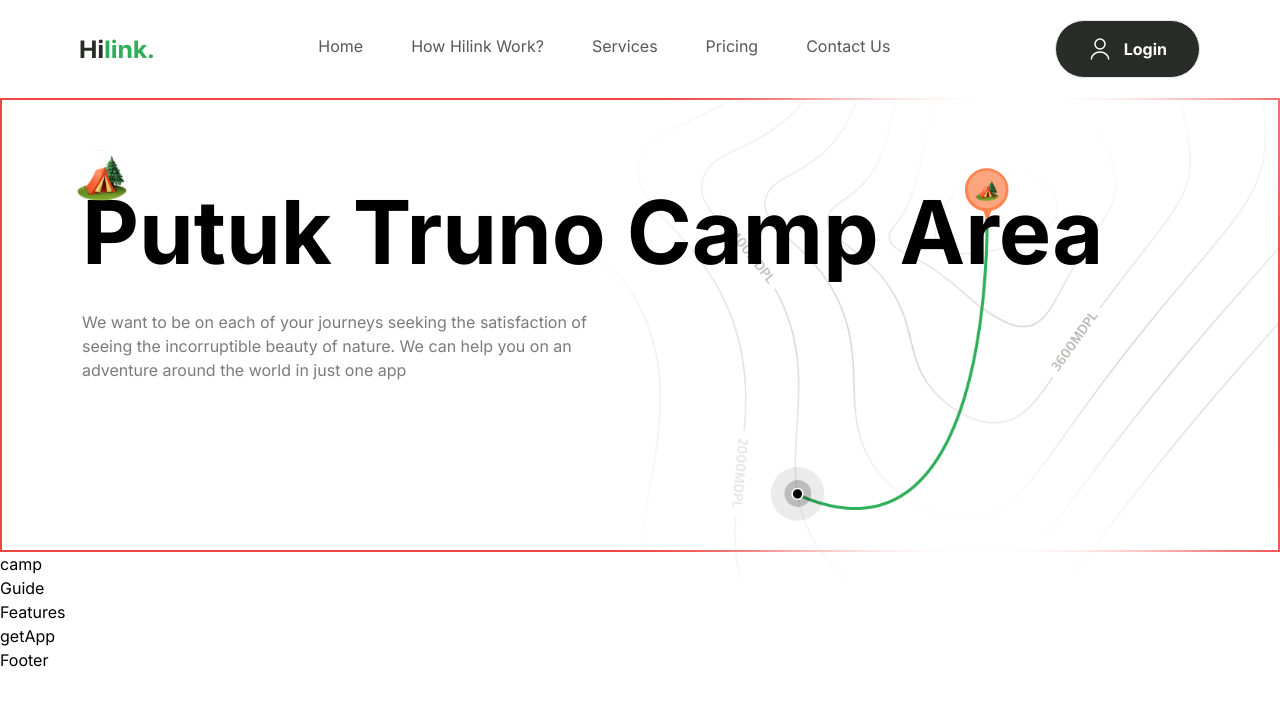
Repository: tarun4141/travel-app
Page: /
An editor plug-in stored every save of this project. The page is shown before and after a run of saves, followed by the edit.
The browser window is 1280 px wide. The pictures show the whole page.
The project was rebuilt for these pictures with package versions that can differ from the ones it lists, and the page was loaded fresh each time. The framework's server and built-in components were replaced by stand-ins that run in the browser. Also part of the build but not shown: next.config.mjs.

Above is the page before, as saved 2024-06-23 02:59:41.

### app/layout.tsx
import type { Metadata } from "next";

import "./globals.css";
import Navbar from "@/components/Navbar";
import Footer from "@/components/Footer";



export const metadata: Metadata = {
  title: "Travel App",
  description: "Travel next app",
};

export default function RootLayout({
  children,
}: Readonly<{
  children: React.ReactNode;
}>) {
  return (
    <html lang="en">

      <body >

      <Navbar/>
      <main className="relative overflow-hidden">
      {children}

      </main>

      <Footer/>
      </body>
    </html>
  );
}

### app/page.tsx
import Camp from "@/components/Camp";
import Features from "@/components/Features";
import GetApp from "@/components/GetApp";
import Guide from "@/components/Guide";
import Hero from "@/components/Hero";


export default function Home() {
  return (
  <>
  <Hero/>
  <Camp/>
  <Guide/>
  <Features/>
  <GetApp/>

  </>
  );
}

### components/Navbar.tsx
import { NAV_LINKS } from '@/constants'
import Image from 'next/image'
import Link from 'next/link'
import React from 'react'
import Button from './Button'

const Navbar = () => {
  return (
   <nav className='
  flexBetween max-container
  padding-container
  relative z-30 py-5 '>
   <Link href="/">
   <Image src="/hilink-logo.svg"
   alt='logo'
   width={74}
   height={29}
   />


   </Link>
   <ul className='hidden h-full gap-12 lg:flex'>

   {NAV_LINKS.map((link)=>(
      <Link href={link.href} key={link.key}
      className='regular-16 text-gray-50 flexCenter cursor-pointer pb-1.5 transition-all hover:font-bold '>
      {link.label}
      </Link>
   ))}


 </ul>

<div className='lg:flexCenter hidden'>
   <Button
   type="button"
   title="Login"
   icon="/user.svg"
   variant="btn_dark_green"
   />
</div>
<Image
src="menu.svg"
alt='menu'
width={32}
height={32}
className='inline-block cursor-pointer lg:hidden'

/>



   </nav>
  )
}

export default Navbar

### components/Camp.tsx
import React from 'react'

const Camp = () => {
  return (
    <div>
      camp
    </div>
  )
}

export default Camp

### components/Features.tsx
import React from 'react'

const Features = () => {
  return (
    <div>
      Features
    </div>
  )
}

export default Features

### components/GetApp.tsx
import React from 'react'

const GetApp = () => {
  return (
    <div>
      getApp
    </div>
  )
}

export default GetApp

### components/Guide.tsx
import React from 'react'

const Guide = () => {
  return (
    <div>
      Guide
    </div>
  )
}

export default Guide

### components/Hero.tsx
import Image from 'next/image'
import React from 'react'

const Hero = () => {
  return (
    <section className='max-container padding-container flex flex-col
    gap-20 py-10 pb-32 md:gap-28 lg:py-20 xl:flex-row border-2
     border-red-500'>

        <div className='hero-map'></div>

        <div className='relative z-20 flex flex-1 flex-col xl:w-1/2' >
        <Image
        src="/camp.svg"
        alt='camp'
        width={50}
        height={50}
        className='absolute left-[-5px] top-[-30px] w-10 lg:w-[50px]'
        />
        <h1 className='bold-52 lg:bold-88'>Putuk Truno Camp Area</h1>
        <p className="regular-16 mt-6 text-gray-30 xl:max-w-[520px]">
          We want to be on each of your journeys seeking the satisfaction of seeing the incorruptible beauty of nature. We can help you on an adventure around the world in just one app
        </p>
        <div className='my-11 flex fle-wrap gap-5'>
            <div className='flex items-center gap-2'>
                {
                    Array(5).fill(1,5).map((_,index)=>(
                        <Image
                        src="/star.svg"
                        alt='star'
                        key={index}
                        width={24}
                        height={24}
                        />
                    ))
                }



            </div>


        </div>





        </div>



    </section>
  )
}

export default Hero

### constants/index.ts
//NAVIGATION
export const NAV_LINKS = [
    { href: '/', key: 'home', label: 'Home' },
    { href: '/', key: 'how_hilink_work', label: 'How Hilink Work?' },
    { href: '/', key: 'services', label: 'Services' },
    { href: '/', key: 'pricing ', label: 'Pricing ' },
    { href: '/', key: 'contact_us', label: 'Contact Us' },
  ];

  // CAMP SECTION
  export const PEOPLE_URL = [
    '/person-1.png',
    '/person-2.png',
    '/person-3.png',
    '/person-4.png',
  ];

  // FEATURES SECTION
  export const FEATURES = [
    {
      title: 'Real maps can be offline',
      icon: '/map.svg',
      variant: 'green',
      description:
        'We provide a solution for you to be able to use our application when climbing, yes offline maps you can use at any time there is no signal at the location',
    },
    {
      title: 'Set an adventure schedule',
      icon: '/calendar.svg',
      variant: 'green',
      description:
        "Schedule an adventure with friends. On holidays, there are many interesting offers from Hilink. That way, there's no more discussion",
    },
    {
      title: 'Technology using augment reality',
      icon: '/tech.svg',
      variant: 'green',
      description:
        'Technology uses augmented reality as a guide to your hiking trail in the forest to the top of the mountain. Already supported by the latest technology without an internet connection',
    },
    {
      title: 'Many new locations every month',
      icon: '/location.svg',
      variant: 'orange',
      description:
        'Lots of new locations every month, because we have a worldwide community of climbers who share their best experiences with climbing',
    },
  ];

  // FOOTER SECTION
  export const FOOTER_LINKS = [
    {
      title: 'Learn More',
      links: [
        'About Hilink',
        'Press Releases',
        'Environment',
        'Jobs',
        'Privacy Policy',
        'Contact Us',
      ],
    },
    {
      title: 'Our Community',
      links: ['Climbing xixixi', 'Hiking hilink', 'Hilink kinthill'],
    },
  ];

  export const FOOTER_CONTACT_INFO = {
    title: 'Contact Us',
    links: [
      { label: 'Admin Officer', value: '123-456-7890' },
      { label: 'Email Officer', value: 'hilink@akinthil.com' },
    ],
  };

  export const SOCIALS = {
    title: 'Social',
    links: [
      '/facebook.svg',
      '/instagram.svg',
      '/twitter.svg',
      '/youtube.svg',
      '/wordpress.svg',
    ],
  };

### components/Button.tsx
import Image from "next/image";


type ButtonProps ={
  type: "button"|"submit";
  title:string;
  icon?:string;
  variant:'btn_dark_green'
}

const Button = ({type,title,icon,variant}:ButtonProps) => {
  return (
    <button
    className={`flexCenter gap-3 rounded-full border ${variant}`}

    type={type}>

        {icon && <Image src={icon} alt={title} width={24} height={24} />}
   <label className="bold-16 whitespace-nowrap">{title}</label>

    </button>

  )
}

export default Button

Loaded but not shown: app/globals.css (common file); components/Footer.tsx (common file); tailwind.config.ts (common file)

After the next 2 saves:
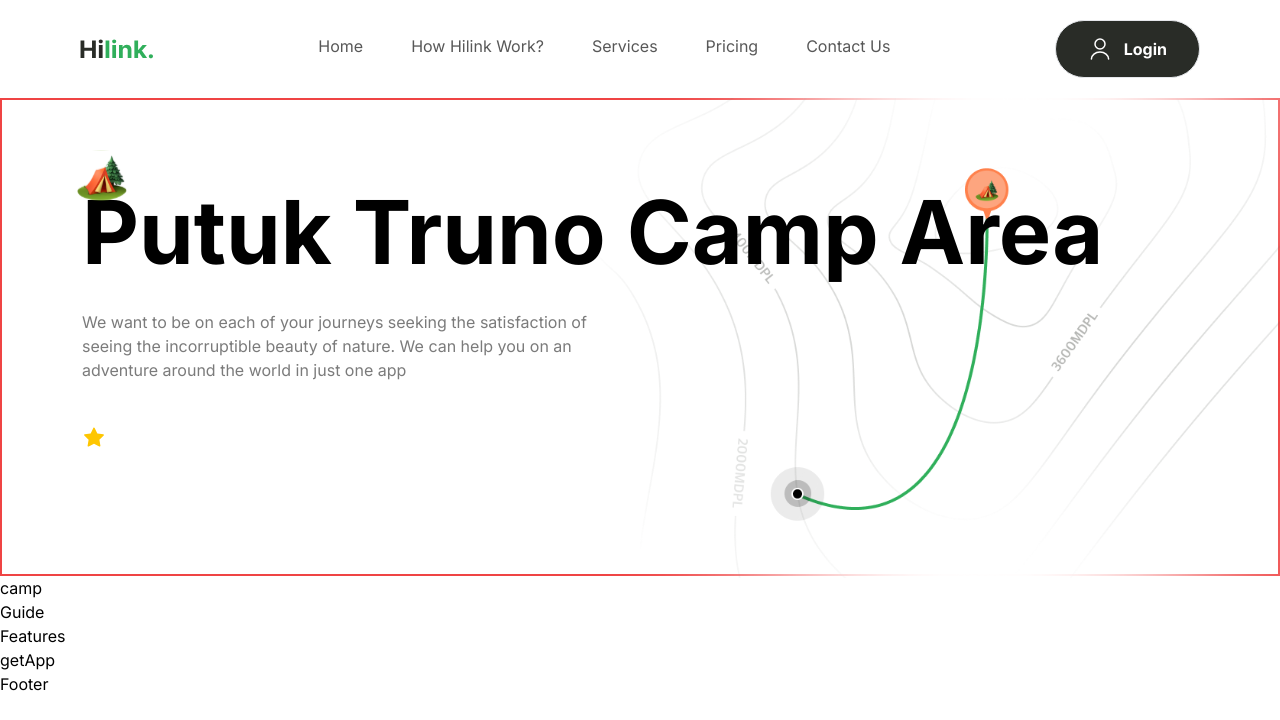
The 2 saves are shown as one change because they came seconds apart.
The last was saved 6 s later.
--- a/components/Hero.tsx
+++ b/components/Hero.tsx
@@ -24,7 +24,7 @@
         <div className='my-11 flex fle-wrap gap-5'>
             <div className='flex items-center gap-2'>
                 {
-                    Array(5).fill(1,5).map((_,index)=>(
+                    Array(5).fill(1,4).map((_,index)=>(
                         <Image
                         src="/star.svg"
                         alt='star'
